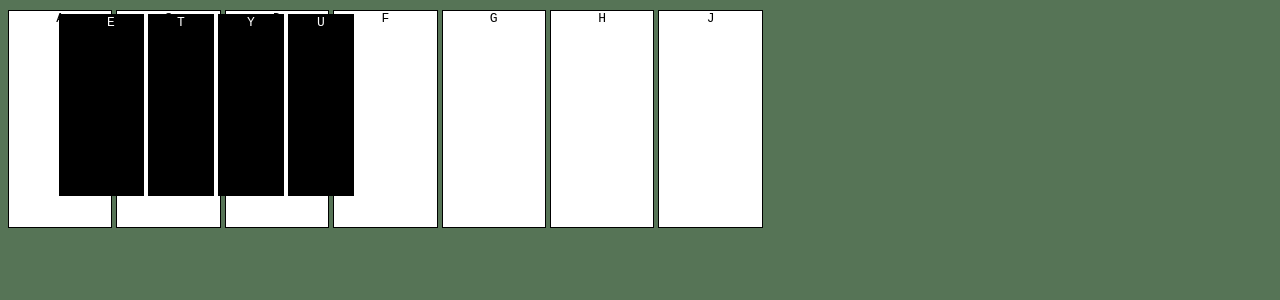
Repository: ctcoleman/Virtual-Piano
Page: index.html
An editor plug-in stored every save of this project. The page is shown before and after the next save, followed by the edit.
The browser window is 1280 px wide. The pictures show the whole page.

Above is the page before, as saved 2020-07-20 08:59:42.

### index.html
<!DOCTYPE html>
<html>

<head>
    <meta charset="utf-8">
    <link type="text/css" rel="stylesheet" href="./index.css">
    <title>Chris's Keyboard Piano</title>
</head>

<body>
    <div class="white-keys-container">
        <kbd class="white-key" id="KeyA">A</kbd>
        <kbd class="white-key" id="KeyS">S</kbd>
        <kbd class="white-key" id="KeyD">D</kbd>
        <kbd class="white-key" id="KeyF">F</kbd>
        <kbd class="white-key" id="KeyG">G</kbd>
        <kbd class="white-key" id="KeyH">H</kbd>
        <kbd class="white-key" id="KeyJ">J</kbd>
    </div>
    <div class="black-keys-container">
        <kbd class="black-key" id="KeyW">W</kbd>
        <kbd class="black-key" id="KeyE">E</kbd>
        <kbd class="black-key" id="KeyT">T</kbd>
        <kbd class="black-key" id="KeyY">Y</kbd>
        <kbd class="black-key" id="KeyU">U</kbd>
    </div>
    <script src="./index.js"></script>
</body>

</html>

### index.css
html {
    background: rgba(1, 46, 1, 0.664);
    color: black;
    box-sizing: border-box;
}

.white-key-container {
    margin: 15vh 15vw;
    width: 70vw;
    position: relative;
}
.white-key {
    text-align: center;
    display: inline-block;
    width: 8vw;
    height: 30vh;
    background: white;
    border: 1px solid black;
}

.black-key-container {
    margin: 10vh 5vw;
    width: 70vw;
}
.black-key {
    position: relative;
    z-index: 1;
    top: -30vh;
    text-align: center;
    display: inline-block;
    width: 5vw;
    height: 25vh;
    background: black;
    color: white;
    border: 1px solid black;
}
#KeyW {
    left: 4vw;
}
/* #KeyE {
    right: 40vw;
}
#KeyT {
    right: 40vw;
}
#KeyY {
    right: 40vw;
}
#KeyU {
    right: 40vw;
}

### index.js
const aKey = document.getElementById('KeyA')
const sKey = document.getElementById('KeyS')
const dKey = document.getElementById('KeyD')
const fKey = document.getElementById('KeyF')
const gKey = document.getElementById('KeyG')
const hKey = document.getElementById('KeyH')
const jKey = document.getElementById('KeyJ')
const wKey = document.getElementById('KeyW')
const eKey = document.getElementById('KeyE')
const tKey = document.getElementById('KeyT')
const yKey = document.getElementById('KeyY')
const uKey = document.getElementById('KeyU')






const keys = [aKey, sKey, dKey, fKey, gKey, hKey, jKey, wKey, eKey, tKey, yKey, uKey]
console.log(keys)
document.addEventListener('keypress', (keyPressed) => {
    const key = keyPressed.code
    switch (key) {
        case keys[0].id:
            new Audio('./keys/A.mp3').play()
            break
        case keys[1].id:
            new Audio('./keys/S.mp3').play()
            break
        case keys[2].id:
            new Audio('./keys/D.mp3').play()
            break
        case keys[3].id:
            new Audio('./keys/F.mp3').play()
            break
        case keys[4].id:
            new Audio('./keys/G.mp3').play()
            break
        case keys[5].id:
            new Audio('./keys/H.mp3').play()
            break
        case keys[6].id:
            new Audio('./keys/J.mp3').play()
            break
        case keys[7].id:
            new Audio('./keys/W.mp3').play()
            break
        case keys[8].id:
            new Audio('./keys/E.mp3').play()
            break
        case keys[9].id:
            new Audio('./keys/T.mp3').play()
            break
        case keys[10].id:
            new Audio('./keys/Y.mp3').play()
            break
        case keys[11].id:
            new Audio('./keys/U.mp3').play()
            break
        default:
            console.log('Invalid Key Press')
    }
})

After the next save:
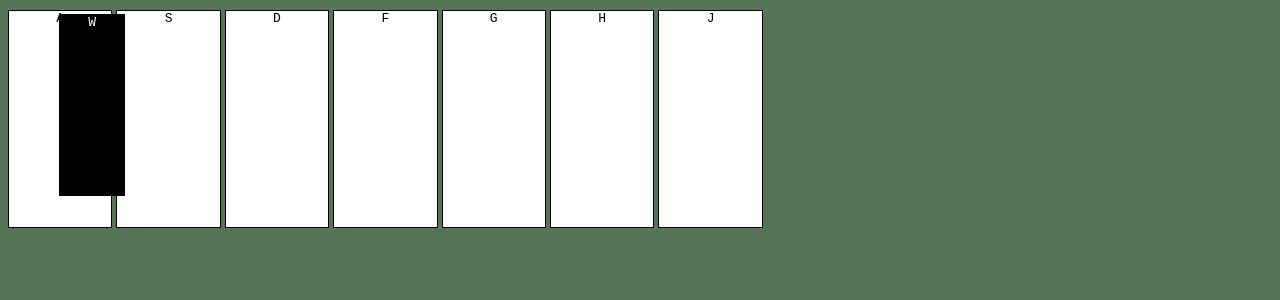
Saved 4 s later.
--- a/index.css
+++ b/index.css
@@ -37,7 +37,7 @@ html {
 #KeyW {
     left: 4vw;
 }
-/* #KeyE {
+#KeyE {
     right: 40vw;
 }
 #KeyT {
